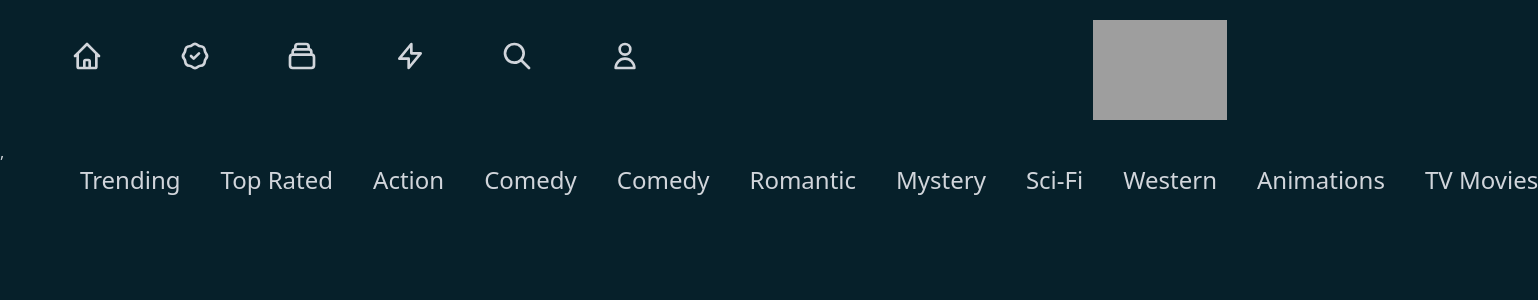
Repository: elaiken/hulu-yt-clone
Page: /
An editor plug-in stored every save of this project. The page is shown before and after the next save, followed by the edit.
The browser window is 1280 px wide. The page is 1538 px wide, then 1280 px, so the pictures cover 1538 px, including what lies to the right of the window. The pictures show the whole page.
Pictures or frames that could not be fetched are drawn as grey boxes. The project was rebuilt for these pictures with package versions that can differ from the ones it lists, and the page was loaded fresh each time. The framework's server and built-in components were replaced by stand-ins that run in the browser. Also part of the build but not shown: next.config.js.

Above is the page before, as saved 2021-11-10 10:04:45.

### pages/index.js
import Head from 'next/head'
import Image from 'next/image'
import Header from '../components/Header'
import Nav from '../components/Nav'


export default function Home() {
    return (<div>
        <Head>
            <title>Hulo 2.0</title>

            <link rel="icon" href="/favicon.ico"/>
        </Head>

        <h1></h1>

        {/*Header*/}
        <Header/>, {/* Nav */}
        <Nav/> {/* Results */} </div>)
}

### components/Header.js
import Image from "next/image";
import HeaderItem from "./HeaderItem";
import {
    HomeIcon,
    BadgeCheckIcon,
    CollectionIcon,
    LightningBoltIcon,
    SearchIcon,
    UserIcon
} from "@heroicons/react/outline"

function Header() {
    return (<header className="flex flex-col sm:flex-row m-5 justify-between items-center h-auto">
        <div className="flex flex-grow justify-evenly max-w-2xl">
            <HeaderItem Title="HOME"
                Icon={HomeIcon}/>
            <HeaderItem Title="VERIFIED"
                Icon={BadgeCheckIcon}/>
            <HeaderItem Title="COLLECTIONICON"
                Icon={CollectionIcon}/>
            <HeaderItem Title="TRENDING"
                Icon={LightningBoltIcon}/>
            <HeaderItem Title="SEARCH"
                Icon={SearchIcon}/>
            <HeaderItem Title="ACCOUNT"
                Icon={UserIcon}/>


        </div>
        <Image className="object-contain" src=" http://links.papareact.com/ua6"
            width={200}
            height={100}/>
    </header>);;
}

export default Header

### components/Nav.js
import request from "../utlis/request"

function Nav() {
    return (<nav>
        <div className="flex px-10 sm:px-20 text-2xl whitespace-nowrap space-x-10"> {
            Object.entries(request).map(([
                key, {
                    title,
                    url
                }
            ]) => (<h2 key={key}
                className="cursor-pointer transition duration-100 transform hover:scale-125 hover:text-white active:bg-red-500"> {title}</h2>))
        } </div>
    </nav>)
}

export default Nav

### components/HeaderItem.js
import React from 'react'

function HeaderItem({Icon, Title}) {
    return (<div className="flex flex-col items-center cursor-pointer group w-12 sm:w-20 hover:text-white">
        <Icon className="h-8 mb-1 group hover:animate-bounce"/>
        <p className=' opacity-0 hover:opacity-100 tracking-widest'> {Title}</p>


    </div>)
}

export default HeaderItem

### utlis/request.js
const API_KEY = process.env.API_KEY;

export default {
    fetchTrending: {
        title: 'Trending',
        url: '/trending/all/week?api_key=${API_KEY}&language=en-US'
    },
    fetchTopRated: {
        title: 'Top Rated',
        url: '/movie/top_rated?api_key=${API_KEY}&language=en-US'
    },
    fetchActionMovies: {
        title: 'Action',
        url: '/discover/movie?api_key=${API_KEY}&with_genres=28'
    },
    fetchComedyMovies: {
        title: 'Comedy',
        url: '/discover/movie?api_key=${API_KEY}&language=en-US'
    },
    fetchHorrorMovies: {
        title: 'Comedy',
        url: '/discover/movie?api_key=${API_KEY}&language=en-US'
    },
    fetchRomanticMovies: {
        title: 'Romantic',
        url: '/discover/movie?api_key=${API_KEY}&language=en-US'
    },
    fetchMysteryMovies: {
        title: 'Mystery',
        url: '/discover/movie?api_key=${API_KEY}&language=en-US'
    },
    fetchSciFiMovies: {
        title: 'Sci-Fi',
        url: '/discover/movie?api_key=${API_KEY}&language=en-US'
    },
    fetchWesternMovies: {
        title: 'Western',
        url: '/discover/movie?api_key=${API_KEY}&language=en-US'
    },
    fetchAnimationMovies: {
        title: 'Animations',
        url: '/discover/movie?api_key=${API_KEY}&language=en-US'
    },
    fetchTVMovies: {
        title: 'TV Movies',
        url: '/discover/movie?api_key=${API_KEY}&language=en-US'
    }
}

### tailwind.config.js
module.exports = {
    mode: 'jit',
    purge: [
        './pages/**/*.{js,ts,jsx,tsx}', './components/**/*.{js,ts,jsx,tsx}'
    ],
    darkMode: false, // or 'media' or 'class'
    theme: {
        extend: {}
    },
    variants: {
        extend: {}
    },
    plugins: []
}

Loaded but not shown: pages/_app.js (common file); styles/globals.css (common file)

After the next save:
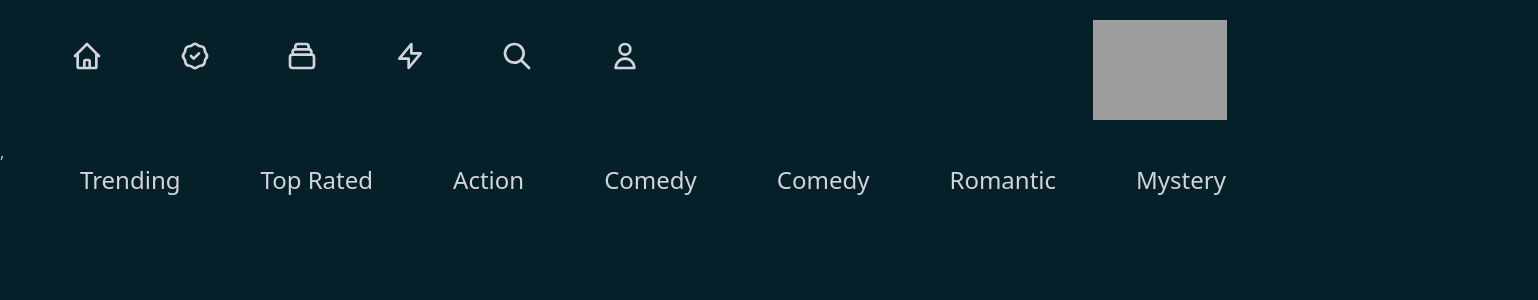
Saved 48 s later.
--- a/components/Nav.js
+++ b/components/Nav.js
@@ -2,7 +2,7 @@ import request from "../utlis/request"
 
 function Nav() {
     return (<nav>
-        <div className="flex px-10 sm:px-20 text-2xl whitespace-nowrap space-x-10"> {
+        <div className="flex px-10 sm:px-20 text-2xl whitespace-nowrap space-x-10 sm:space-x-20 overflow-x-scroll"> {
             Object.entries(request).map(([
                 key, {
                     title,
